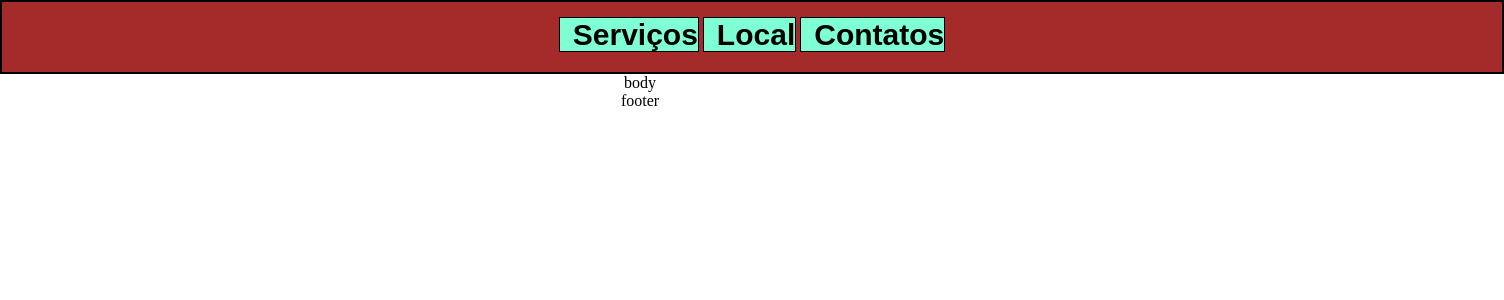
Repository: marllon-hetzler/Site-Salvatore-Barbearia
Page: home.html
These files come from the project's save history. The page is drawn as it stood at one moment and after the next save; the edit follows.
The browser window is 1280 px wide. The page is 1504 px wide, so the pictures cover 1504 px, including what lies to the right of the window. The pictures show the whole page.

Above is the page before, as saved 2023-02-18 14:15:49.

After the next save:
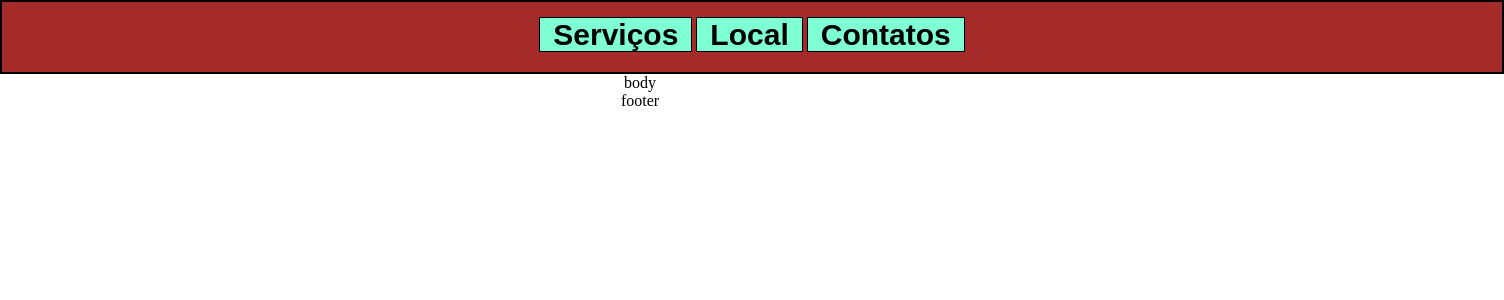
Saved 17 s later.
--- a/home.html
+++ b/home.html
@@ -39,6 +39,7 @@
         font-size: 30px;
         font-weight: bold;
         padding-left: 13px;
+        padding-right: 13px;
     }
     .links{
         padding-top: 1rem;
